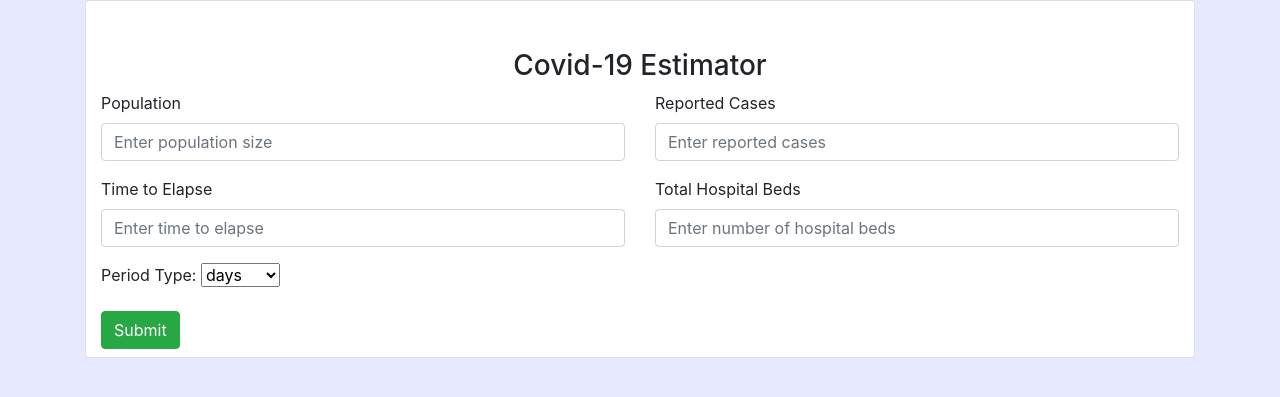
Repository: AbonyiXavier/FrontendUI--challenge-4
Page: index.html
These files come from the project's save history. The page is drawn as it stood at one moment and after the next save; the edit follows.
The browser window is 1280 px wide. The pictures show the whole page.

Above is the page before, as saved 2020-04-11 19:25:22.

### index.html
<!DOCTYPE html>
<html lang="en">
  <head>
    <meta charset="UTF-8" />
    <meta name="viewport" content="width=device-width, initial-scale=1.0" />
    <title>COVID-19 Estimator</title>
    <link rel="stylesheet" href="./CSS/bootstrap.css" />
    <link rel="stylesheet" href="./CSS/style.css" />
  </head>
  <body>
    <div class="container">
      <div class="card">
        <div class="container">
          <h3 class="text-center mt-5">Covid-19 Estimator</h3>
          <form>
            <div class="row">
              <div class="col-md-6">
                <div class="form-group">
                  <label for="Population">Population</label>
                  <input
                    id="population"
                    type="text"
                    class="form-control"
                    data-population
                    required
                    placeholder="Enter population size"
                  />
                </div>
                <div class="form-group">
                  <label for="Time to Elapse">Time to Elapse</label>
                  <input
                    id="time-to-Elapse"
                    type="text"
                    class="form-control"
                    data-time-to-elapse
                    required
                    placeholder="Enter time to elapse"
                  />
                </div>
              </div>
              <div class="col-md-6">
                <div class="form-group">
                  <label for="Reported Cases">Reported Cases</label>
                  <input
                    id="reported-cases"
                    type="text"
                    class="form-control"
                    data-reported-cases
                    required
                    placeholder="Enter reported cases"
                  />
                </div>
                <div class="form-group">
                  <label for="Total Hospital Beds">Total Hospital Beds</label>
                  <input
                    id="total-hospital-Beds"
                    type="text"
                    class="form-control"
                    data-total-hospital-beds
                    required
                    placeholder="Enter number of hospital beds"
                  />
                </div>
              </div>
            </div>
            <div class="form-group">
              <label for="cars">Period Type:</label>
              <select id="period-type" data-period-type required>
                <option value="days">days</option>
                <option value="weeks">weeks</option>
                <option value="months">months</option>
              </select>
            </div>
            <button type="submit" class="btn btn-success mb-2" data-go-estimate>
              Submit
            </button>
          </form>
        </div>
      </div>
    </div>
    <script src="./js/jquery.js"></script>
    <script src="./js/bootstrap.js"></script>
  </body>
</html>

### CSS/style.css
body {
    background: #e6e9ff;
}

Loaded but not shown: CSS/bootstrap.css (library); js/jquery.js (library); js/bootstrap.js (library)

After the next save:
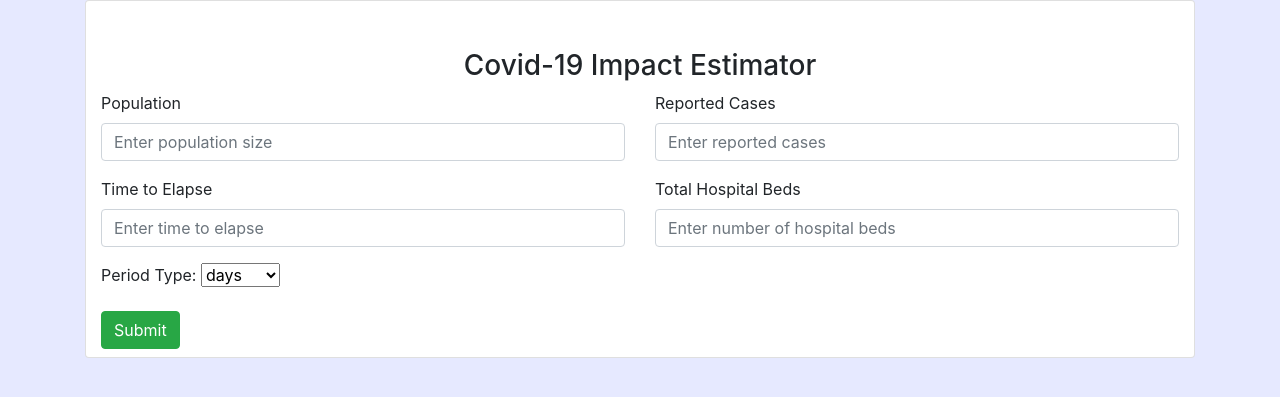
Saved 6 s later.
--- a/index.html
+++ b/index.html
@@ -11,7 +11,7 @@
     <div class="container">
       <div class="card">
         <div class="container">
-          <h3 class="text-center mt-5">Covid-19 Estimator</h3>
+          <h3 class="text-center mt-5">Covid-19 Impact Estimator</h3>
           <form>
             <div class="row">
               <div class="col-md-6">
